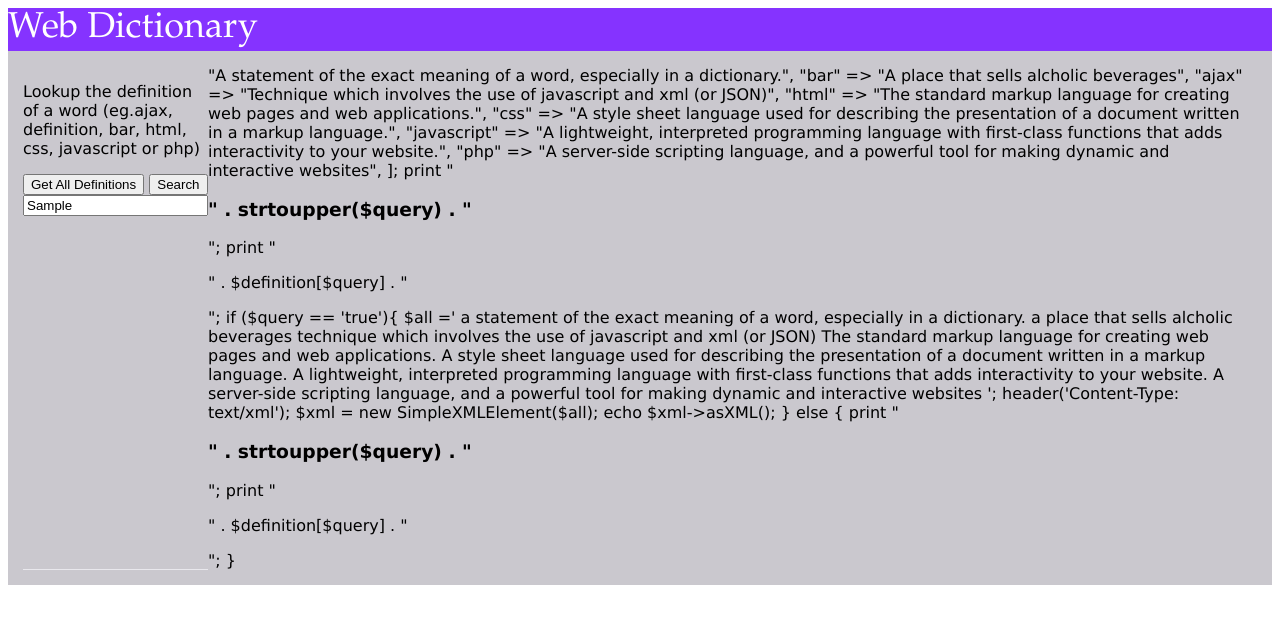
Repository: zBraVo17/info2180-lab6
Page: index.html
The author's editor kept a record of every edit. The page is drawn from the files as they stood at one moment, then again after the next edit.
The browser window is 1280 px wide. The pictures show the whole page.
Empty fields were first filled with sample values (such as "Sample", 5 or name@example.com).
After loading, the first visible `#button` was clicked once.
Some web libraries are served in a nearby version.

Above is the page before.

### index.html
<!DOCTYPE html>
 <html>
  <head>
   <title>Dictionary</title>
   <link href="styles.css" type="text/css" rel="stylesheet">
   <script src="https://ajax.googleapis.com/ajax/libs/jquery/3.1.1/jquery.min.js"></script>
  </head>

  <body>
    <div><h1>Web Dictionary</h1></div>
  	 <div class="container">
     <div id="search">
      <p> Lookup the definition of a word (eg.ajax, definition, bar, html, css, javascript or php) </p>
      <input id="button1" type="button" value="Get All Definitions">
      <input id="button" type="button" value="Search">
  	   <input id="text" type="text" placeholder="Search for a word eg. ajax, definition, bar, html, css, javascript or php">
  	  </div>
     <div id="result">
     	<h2>Results</h2>
     </div>
    </div>
  </body>

  	 <script type="text/javascript">
        var search = document.getElementById('button');
        var text = document.getElementById('text');
        var result = document.getElementById('result');

        window.onload = function() {
             search.addEventListener('click', function(){
             var xhttp = new XMLHttpRequest();
             xhttp.open('Get', 'request.php?q=definition');
             xhttp.open('Get', 'request.php?q=' + text.value);
             xhttp.onload = function(){
      	        if (xhttp.status === 200){
      		        text.innerHTML = xhttp.responseText;
      		        result.innerHTML = xhttp.responseText;
      		    }else{
      			    alert('Failed.' + xhttp.status);
      			}
      	    };
             xhttp.send();
        });


        var button1 = document.querySelector('#button1');
        button1.addEventListener('click', function(){
        var httpReq = new XMLHttpRequest();

        var url = "request.php?=&all=true";
        httpReq.onreadystatechange = button1;
        httpReq.open('GET', url);
        httpReq.send();

        var button1 = function() {
            if (httpReq.readyState === XMLHttpRequest.DONE) {
              if (httpReq.status === 200) {
                var response = httpReq.responseXML;
                var results = document.querySelector('#result');
                var entries = response.getElementsByTagName('definition');
                var list = document.createElement('ol');
                results.appendChild(list);
                for (var i = 0; i < entries.length; i++) {
                    var def = document.createElement('li');
                    var name = document.createTextNode(entries[i].getAttribute("name"));
                    var p = document.createElement("p");
                    var p1 = document.createElement("p");
                    var header = document.createElement("h3");
                    var text = document.createTextNode(entries[i].childNodes[0].nodeValue);
                    var writer = document.createTextNode(entries[i].getAttribute("author"));


                    header.appendChild(name);
                    p.appendChild(text);
                    p1.appendChild(writer);
                    def.appendChild(header);
                    def.appendChild(p);
                    def.appendChild(p);
                    list.appendChild(def);


                }
              } else {
                alert('Failure');
              }
            }
        }
    });
};
   </script>
  </body>

</html>

### styles.css
h1{
     font-family: verdana;
     background-color: #8533ff;
     color: #ffffff;
     margin: auto;
     width: auto;
     font: 100% Garamond;
     font-size: 2.25em
 }

 .container{
      display: flex;
      justify-content: space-between;
      font-family: verdana;
     background-color: #cac8ce;
     color: #000000;
     padding: 15px;
     margin: auto;
     width: auto;
     height: auto;
 }

 .button{
	background-color:#7892c2;
	-moz-border-radius:10px;
	-webkit-border-radius:10px;
	border-radius:10px;
	border:1px solid #4e6096;
	font-weight:bold;
	padding:12px 37px;
	text-decoration:none;
	text-shadow:0px 1px 0px #283966;
 }

 .button:hover{
      background-color: #476e9e
 }

.button1{
	background-color:#7892c2;
	-moz-border-radius:10px;
	-webkit-border-radius:10px;
	border-radius:10px;
	border:1px solid #4e6096;
	font-weight:bold;
	padding:12px 37px;
	text-decoration:none;
	text-shadow:0px 1px 0px #283966;
 }

 .button1:hover{
      background-color: #476e9e
 }

 #search{
     border-bottom: 1px solid #e9e8ed;
 }

 #result{
     font-size: 1em;
     color: black;
 }

div{
  -webkit-box-sizing: border-box;
 -moz-box-sizing: border-box;
 -box-sizing: border-box;
}

After the next edit:
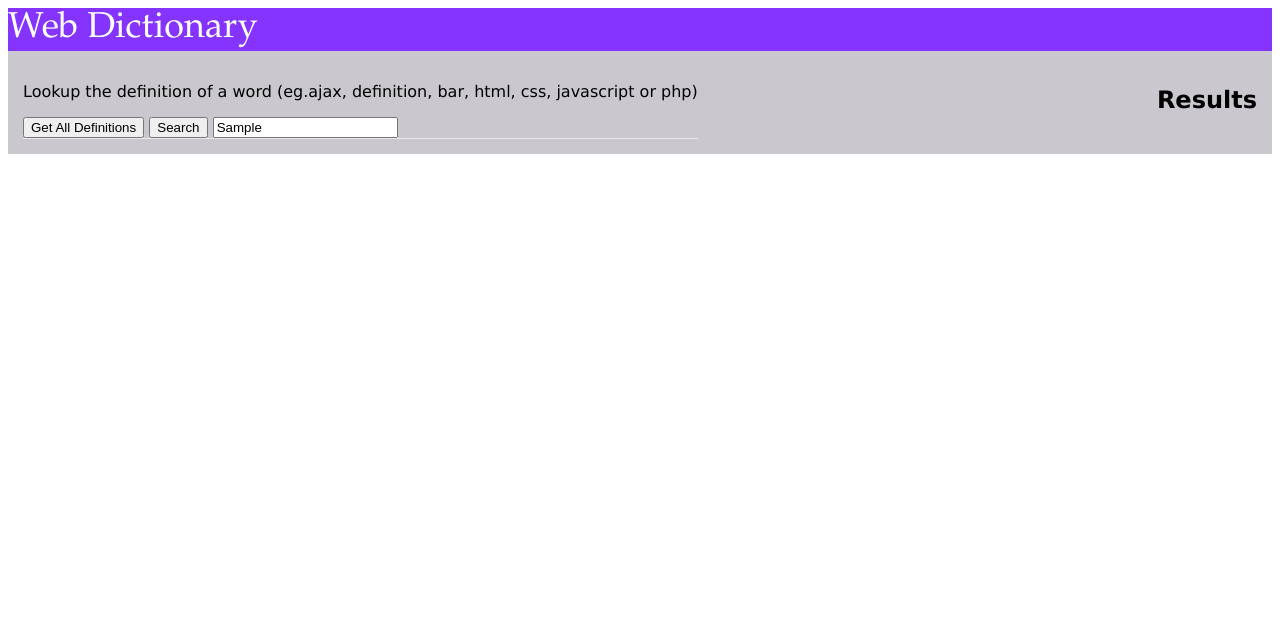
Console error: ReferenceError: xhttp is not defined
The edit:
--- a/index.html
+++ b/index.html
@@ -28,13 +28,13 @@
 
         window.onload = function() {
              search.addEventListener('click', function(){
-             var xhttp = new XMLHttpRequest();
-             xhttp.open('Get', 'request.php?q=definition');
-             xhttp.open('Get', 'request.php?q=' + text.value);
-             xhttp.onload = function(){
-      	        if (xhttp.status === 200){
-      		        text.innerHTML = xhttp.responseText;
-      		        result.innerHTML = xhttp.responseText;
+             var reqhttp = new XMLHttpRequest();
+             reqhttp.open('Get', 'request.php?q=definition');
+             reqhttp.open('Get', 'request.php?q=' + text.value);
+             reqhttp.onload = function(){
+      	        if (reqhttp.status === 200){
+      		        text.innerHTML = reqhttp.responseText;
+      		        result.innerHTML = reqhttp.responseText;
       		    }else{
       			    alert('Failed.' + xhttp.status);
       			}

After the 2 edits that followed:
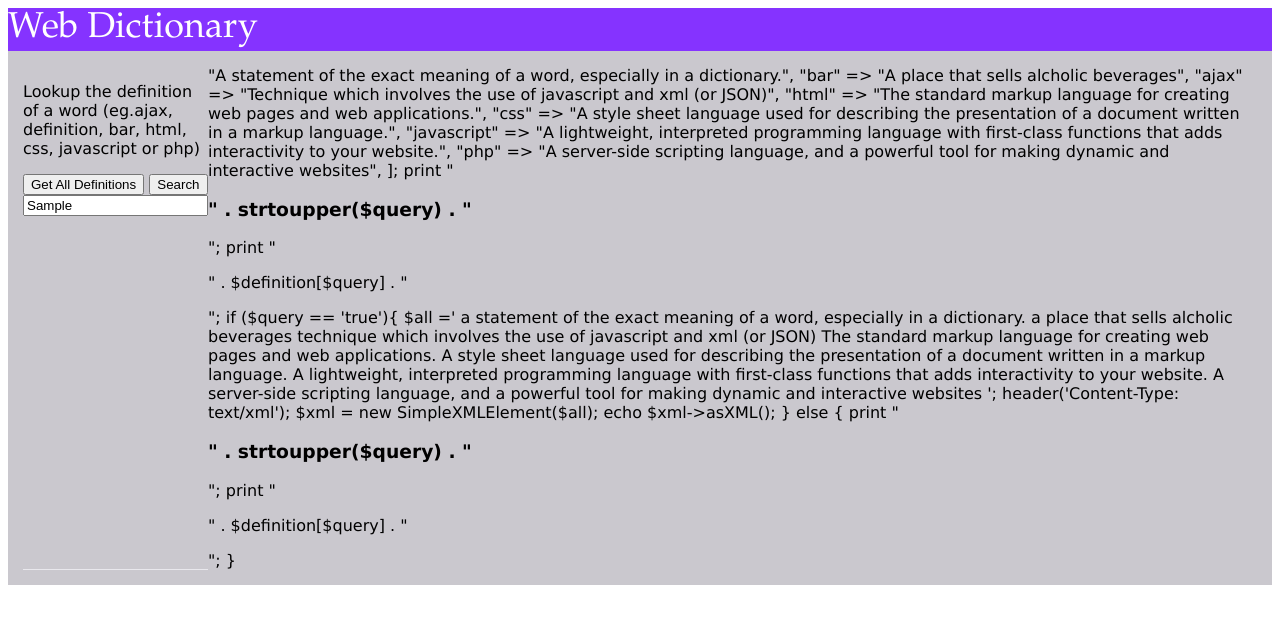
The error is gone.
The 2 edits are shown as one change because 1 left the picture as it was.
The edit:
--- a/index.html
+++ b/index.html
@@ -36,10 +36,10 @@
       		        text.innerHTML = reqhttp.responseText;
       		        result.innerHTML = reqhttp.responseText;
       		    }else{
-      			    alert('Failed.' + xhttp.status);
+      			    alert('Failed.' + reqhttp.status);
       			}
       	    };
-             xhttp.send();
+             reqhttp.send();
         });
 
 
